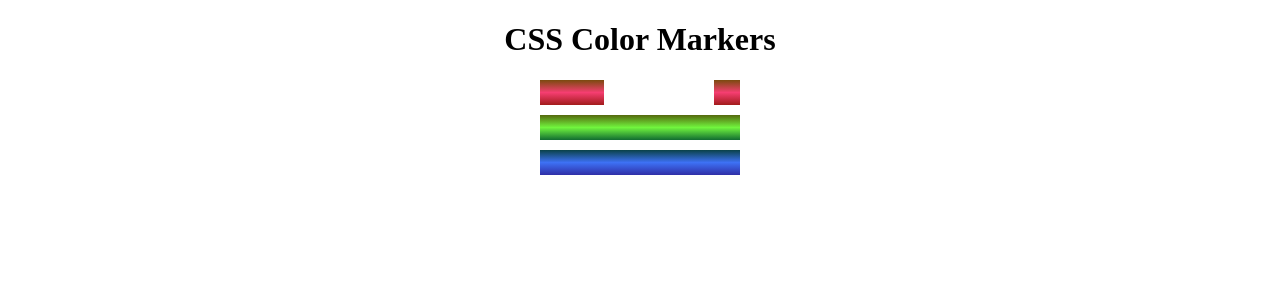
Repository: AimenDje/ColoredMarkers
Page: index.html
These files come from the project's save history. The page is drawn as it stood at one moment and after the next save; the edit follows.
The browser window is 1280 px wide. The pictures show the whole page.

Above is the page before, as saved 2025-05-09 02:07:06.

### index.html
<!DOCTYPE html>
<html lang="en">
    <head>
        <meta charset="utf-8">
        <meta name="viewport" content="width=device-width, initial-scale=1.0">
        <link rel="stylesheet" href="styles.css">
        <title>Colored Markers</title>
    </head>
    <body>
        <h1>CSS Color Markers</h1>
        <div class="container">
            <div class="marker red">
                <div class="cap"></div>
                <div class="sleeve"></div>
            </div>
            <div class="marker green">
            </div>
            <div class="marker blue">
            </div>
        </div>
      </body>
</html>

### styles.css
h1 {
    text-align:center;
}

.marker {
    width: 200px;
    height: 25px;
    margin: 10px auto;
  }

.red {
  background: linear-gradient( rgb(122, 74, 14), rgb(245, 62, 113), rgb(162, 27, 27));
}

.green {
  background: linear-gradient( #55680D, #71F53E, #116C31);
}

.blue {
  background: linear-gradient(hsl(186, 76%, 16%), hsl(223, 90%, 60%),hsl(240, 56%, 42%));
}

.sleeve {
  width: 110px;
  height: 25px;
  background-color: white;
}

.cap{
  width:60px;
  height:25px;
}

.sleeve, .cap {
  display:inline-block;
}

After the next save:
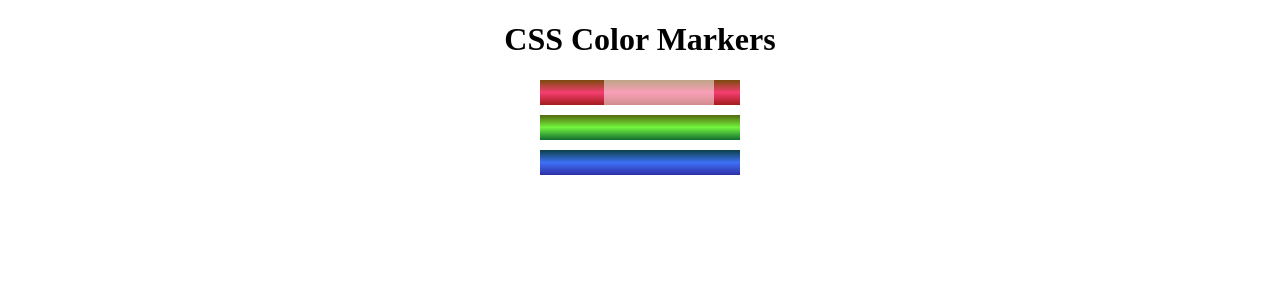
Saved 9 h 39 min later.
--- a/styles.css
+++ b/styles.css
@@ -23,7 +23,8 @@
 .sleeve {
   width: 110px;
   height: 25px;
-  background-color: white;
+  background-color: rgba(255, 255, 255, 0.5);
+  border-left-width:10px;
 }
 
 .cap{
